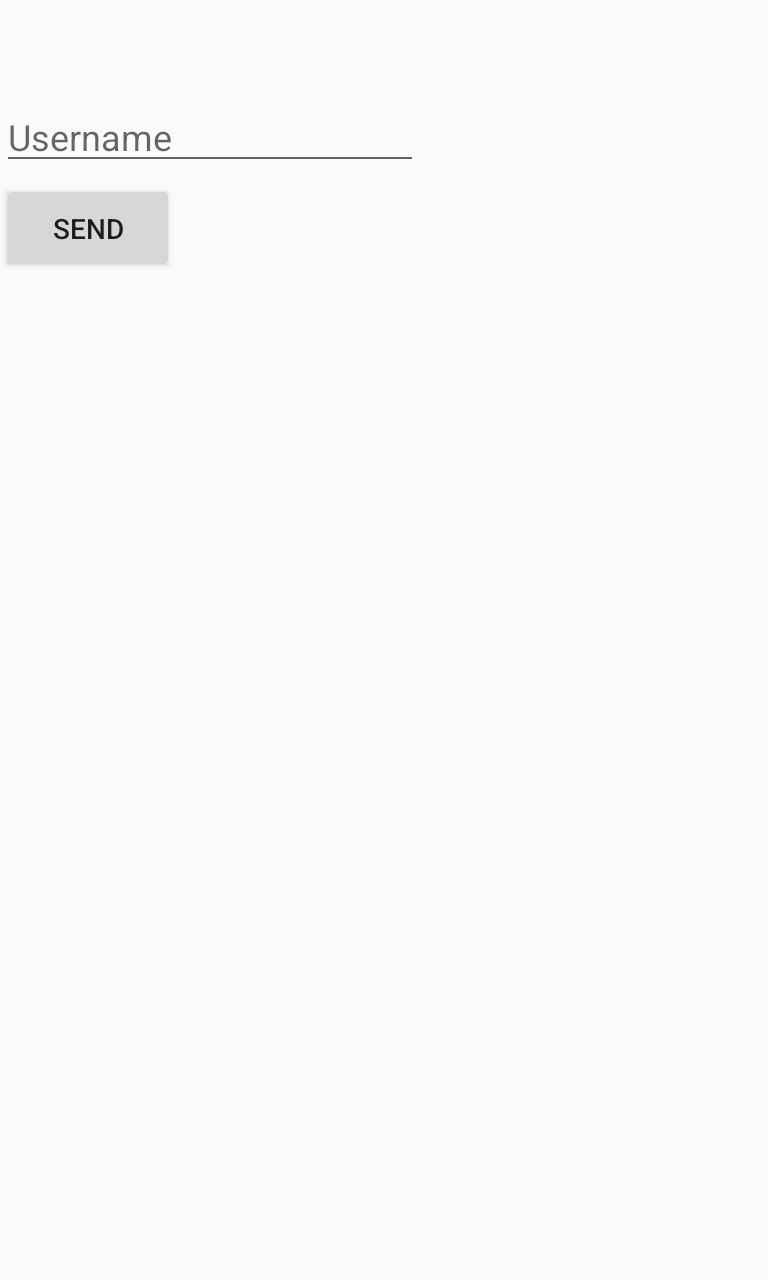
Repository: Sagarsaurus/Ecco
Layout: Ecco/res/layout/activity_home.xml
The author's editor kept a copy of each file at every save. The layout is drawn from the files as they stood at one save, then again after the next save.
It is drawn on a 768 x 1280 px phone screen (xhdpi) without system bars, with theme AppTheme; the app's code is not run.

Above is the layout before, as saved 2014-11-17 02:40:54.

### Ecco/res/layout/activity_home.xml
<!-- A DrawerLayout is intended to be used as the top-level content view using match_parent for both width and height to consume the full space available. --><android.support.v4.widget.DrawerLayout xmlns:android="http://schemas.android.com/apk/res/android"
    xmlns:tools="http://schemas.android.com/tools"
    android:id="@+id/drawer_layout"
    android:layout_width="match_parent"
    android:layout_height="match_parent"
    tools:context="com.application.ecco.HomeActivity" >

    <!--
         As the main content view, the view below consumes the entire
         space available using match_parent in both dimensions.
    -->



    <RelativeLayout
        android:id="@+id/container"
        android:layout_width="match_parent"
        android:layout_height="match_parent" >

    <EditText
        android:id="@+id/sendFriendRequest"
        android:layout_width="wrap_content"
        android:layout_height="wrap_content"
        android:layout_marginTop="46dp"
        android:ems="10"
        android:hint="@string/Username"/>

        <Button
        android:id="@+id/sendRequest"
        android:onClick="sendRequest"
        android:layout_width="wrap_content"
        android:layout_height="wrap_content"
        android:layout_marginTop="90dp"
        android:text="Send" />

    </RelativeLayout>

    <!--
         android:layout_gravity="start" tells DrawerLayout to treat
         this as a sliding drawer on the left side for left-to-right
         languages and on the right side for right-to-left languages.
         If you're not building against API 17 or higher, use
         android:layout_gravity="left" instead.
    -->
    <!--
         The drawer is given a fixed width in dp and extends the full height of
         the container.
    -->

    <fragment
        android:id="@+id/navigation_drawer"
        android:name="com.application.ecco.NavigationDrawerFragment"
        android:layout_width="@dimen/navigation_drawer_width"
        android:layout_height="match_parent"
        android:layout_gravity="start"
        tools:layout="@layout/fragment_navigation" />

</android.support.v4.widget.DrawerLayout>

### Ecco/res/values/strings.xml
<?xml version="1.0" encoding="utf-8"?>
<resources>

    <string name="app_name">Ecco</string>
    <string name="hello_world">Hello world!</string>
    <string name="action_settings">Settings</string>
    <string name="Username">Username</string>
    <string name="Password">Password</string>
    <string name="Login">Login</string>
    <string name="createUser">Create User</string>
    <string name="title_activity_home">HomeActivity</string>
    <string name="title_section1">Section 1</string>
    <string name="title_section2">Section 2</string>
    <string name="title_section3">Section 3</string>
    <string name="navigation_drawer_open">Open navigation drawer</string>
    <string name="navigation_drawer_close">Close navigation drawer</string>
    <string name="action_example">Example action</string>
    <string name="title_activity_create_user">CreateUserActivity</string>
    <string name="Email">Email</string>
    <string name="Phone">Phone</string>
    <string name="emailhint">user@email.com</string>
    <string name="phonehint">123-456-7890</string>

</resources>

### Ecco/res/layout/fragment_navigation.xml
<ListView xmlns:android="http://schemas.android.com/apk/res/android"
    xmlns:tools="http://schemas.android.com/tools"
    android:layout_width="match_parent"
    android:layout_height="match_parent"
    android:background="#cccc"
    android:choiceMode="singleChoice"
    android:divider="@android:color/transparent"
    android:dividerHeight="0dp"
    tools:context="com.application.ecco.NavigationDrawerFragment" />

Loaded but not shown: Ecco/res/values/styles.xml (common file); Ecco/res/values-v11/styles.xml (common file); Ecco/res/values-v14/styles.xml (common file); Ecco/res/values/dimens.xml (common file)

After the next save:
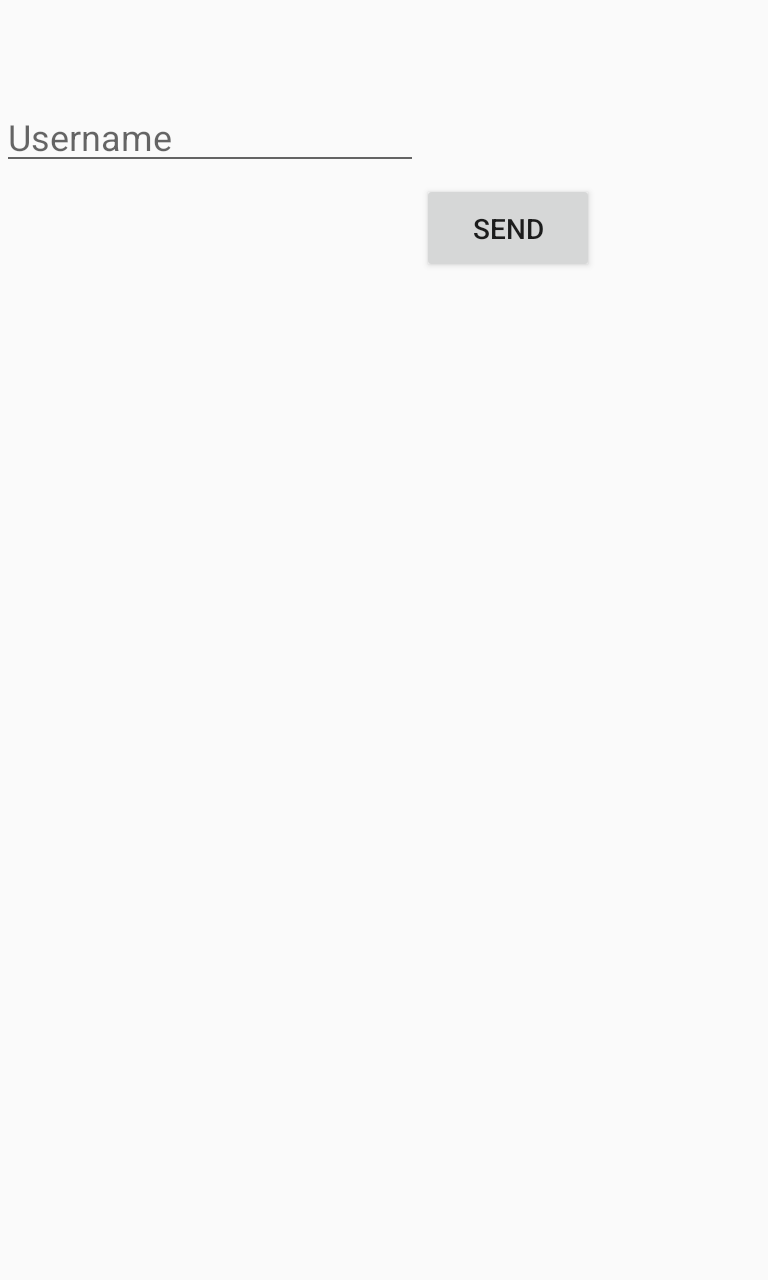
Saved 90 s later.
--- a/Ecco/res/layout/activity_home.xml
+++ b/Ecco/res/layout/activity_home.xml
@@ -12,10 +12,11 @@
 
 
 
-    <RelativeLayout
+    <LinearLayout
         android:id="@+id/container"
         android:layout_width="match_parent"
-        android:layout_height="match_parent" >
+        android:layout_height="match_parent"
+        android:layout_centerHorizontal="true">
 
     <EditText
         android:id="@+id/sendFriendRequest"
@@ -25,7 +26,7 @@
         android:ems="10"
         android:hint="@string/Username"/>
 
-        <Button
+    <Button
         android:id="@+id/sendRequest"
         android:onClick="sendRequest"
         android:layout_width="wrap_content"
@@ -33,7 +34,7 @@
         android:layout_marginTop="90dp"
         android:text="Send" />
 
-    </RelativeLayout>
+    </LinearLayout>
 
     <!--
          android:layout_gravity="start" tells DrawerLayout to treat
